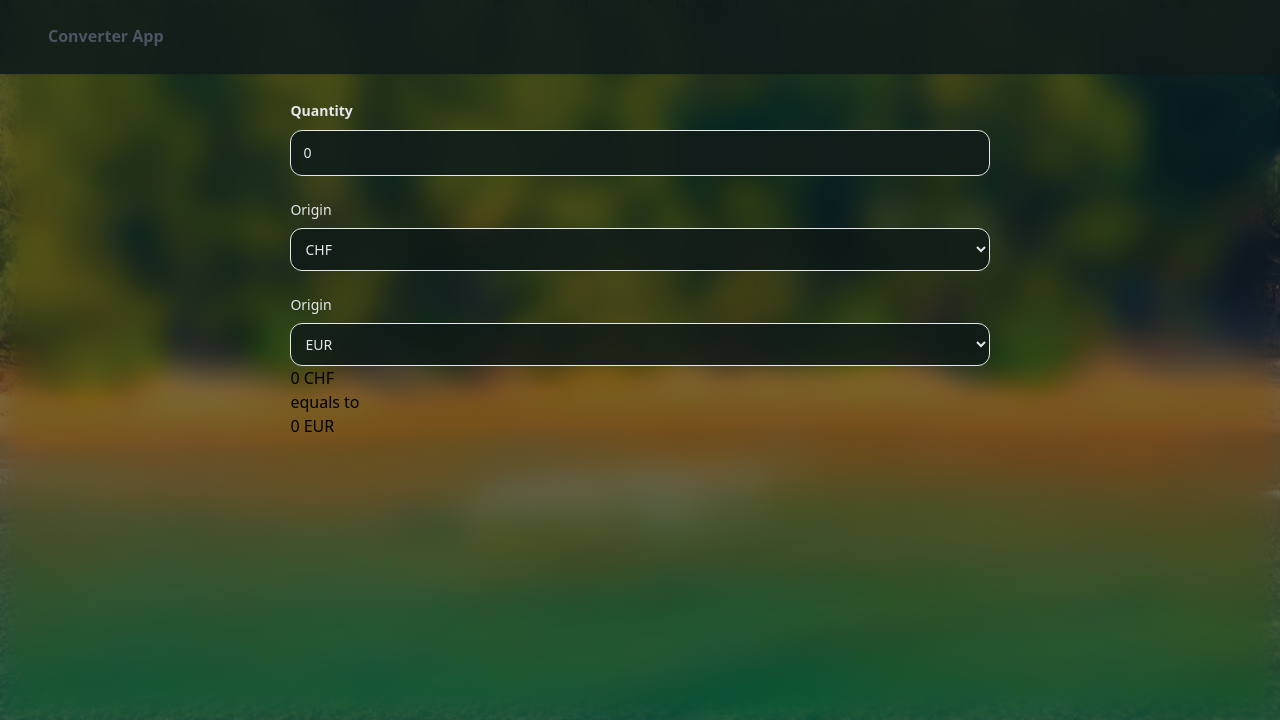
Repository: mikelCabezas/angular-exercices
Page: / (app in converter/)
The author's editor kept a copy of each file at every save. The page is drawn from the files as they stood at one save, then again after the next save.
The browser window is 1280 px wide. The pictures show the whole page.
The project was rebuilt for these pictures with package versions that can differ from the ones it lists, and the page was loaded fresh each time. Also part of the build but not shown: converter/angular.json.

Above is the page before, as saved 2023-09-15 21:26:10.

After the next save:
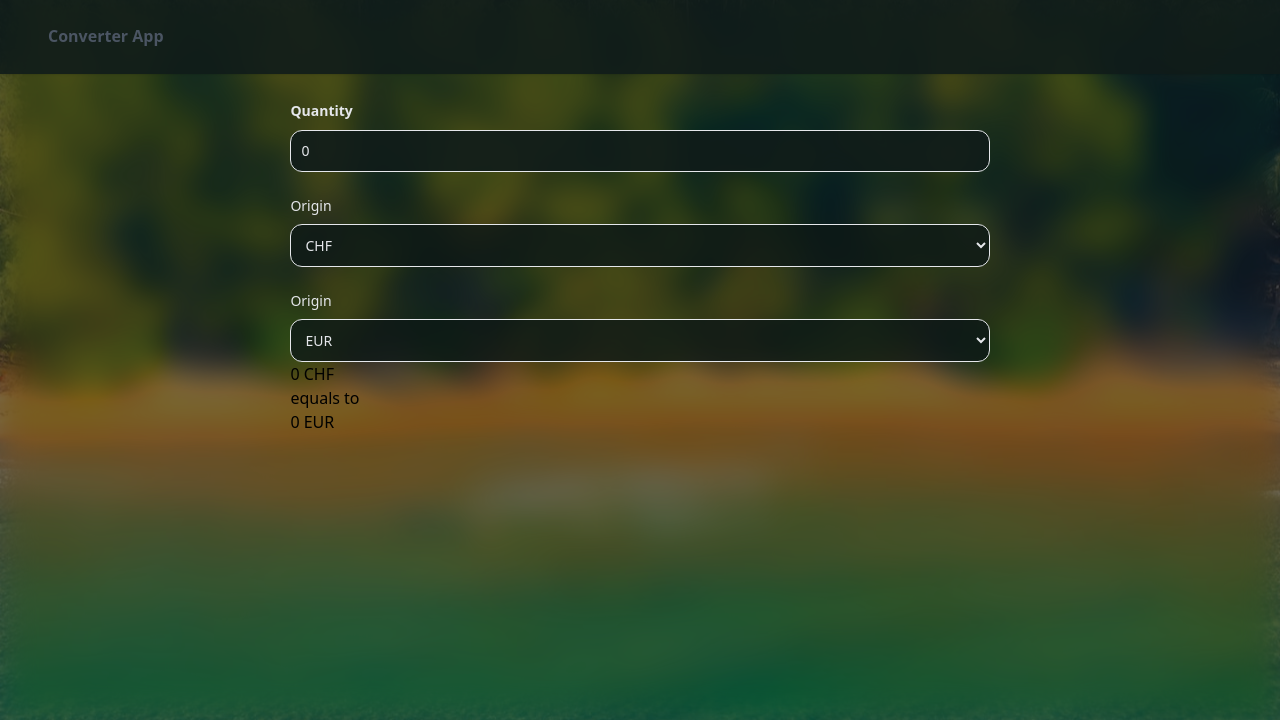
Saved 6 s later.
--- a/converter/src/app/components/converter/converter.component.html
+++ b/converter/src/app/components/converter/converter.component.html
@@ -3,7 +3,7 @@
         <div class="col px-5">
             <div class="mb-6">
                 <label for="email" class="text-sm text-gray-200 font-bold">Quantity</label>
-                <input [(ngModel)]="quantity" (input)="converse()" type="number" placeholder="Quantity..." class="mt-2 flex w-full items-center justify-center rounded-xl border bg-[rgba(16,28,26,0.9)] p-3 text-sm outline-none border-gray-200 placeholder-gray-400 text-gray-200">
+                <input [(ngModel)]="quantity" (input)="converse()" type="number" placeholder="Quantity..." class="mt-2 flex w-full items-center justify-center rounded-xl border bg-[rgba(16,28,26,0.9)] p-2.5 text-sm outline-none border-gray-200 placeholder-gray-400 text-gray-200">
             </div>
         </div>
         <div class="col px-5 mb-6">
